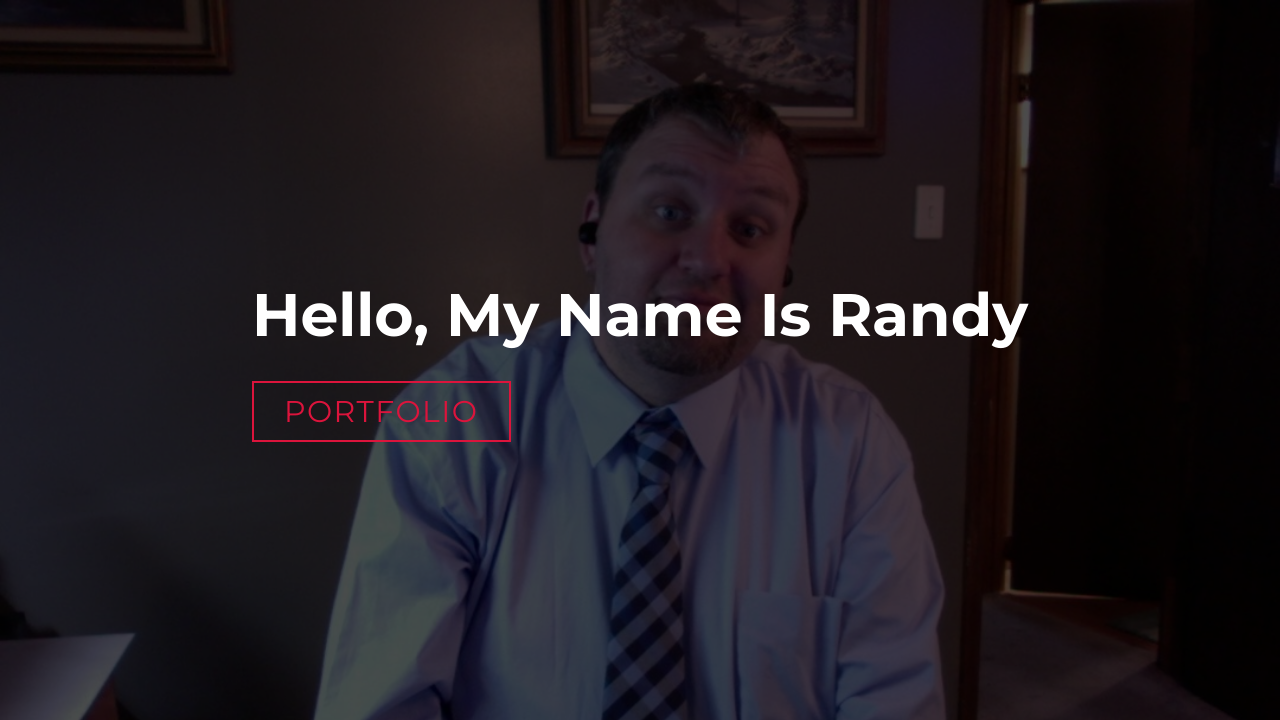
Repository: randysteele/my-portfolio-2023
Page: index.html
These files come from the project's save history. The page is drawn as it stood at one moment and after the next save; the edit follows.
The browser window is 1280 px wide. The pictures show the whole page.
The pointer rests on the first visible `#hero .cta`.

Above is the page before, as saved 2023-04-22 14:18:50.

### index.html
<!DOCTYPE html>
<html lang="en">
<head>
    <meta charset="UTF-8">
    <meta http-equiv="X-UA-Compatible" content="IE=edge">
    <meta name="viewport" content="width=device-width, initial-scale=1.0">
    <link rel="stylesheet" href="style.css">
    <title>Randy Steele Portfolio</title>
</head>
<body>
    <!-- Hero Section -->
    <section id="hero">
        <div class="hero container">
            <div>
            <h1>Hello, My Name Is Randy</h1>
            <a href="#" type="button" class="cta">Portfolio</a>
        </div>
    </div>
    </section>


    <!-- End Hero Section -->
</body>
</html>

### style.css
@import url('https://fonts.googleapis.com/css2?family=Montserrat:wght@300;400;700&display=swap');
* {
    padding: 0;
    margin: 0;
    box-sizing: border-box;
}
html {
    font-size: 15px;
    font-family: "Montserrat", "sans-serif";
}
a {
    text-decoration: none;
}
.container {
    min-height: 100vh;
    width: 100%;
    display: flex;
    align-items: center;
    justify-content: center;
}
/* Hero Section */
#hero {
    background-image: url(./img/me1.jpeg);
    background-size: cover;
    background-position: top center;
    position: relative;
    z-index: 1;
}
#hero::after{
    content: '';
    position: absolute;
    left: 0;
    top: 0;
    height: 100%;
    width: 100%;
    background-color: black;
    opacity: 0.7;
    z-index: -1;
}
#hero h1{
    display: block;
    width: fit-content;
    font-size: 4rem;
    position: relative;
    color: white;
}
#hero .cta {
  display: inline-block;
  padding: 10px 30px;
  color: crimson;
  background-color: transparent;
  border: 2px solid crimson;
  font-size: 2rem;
  text-transform: uppercase;
  letter-spacing: .1rem;
  margin-top: 30px;
  transition: .3s ease background-color;

}
/* End Hero Section */

After the next save:
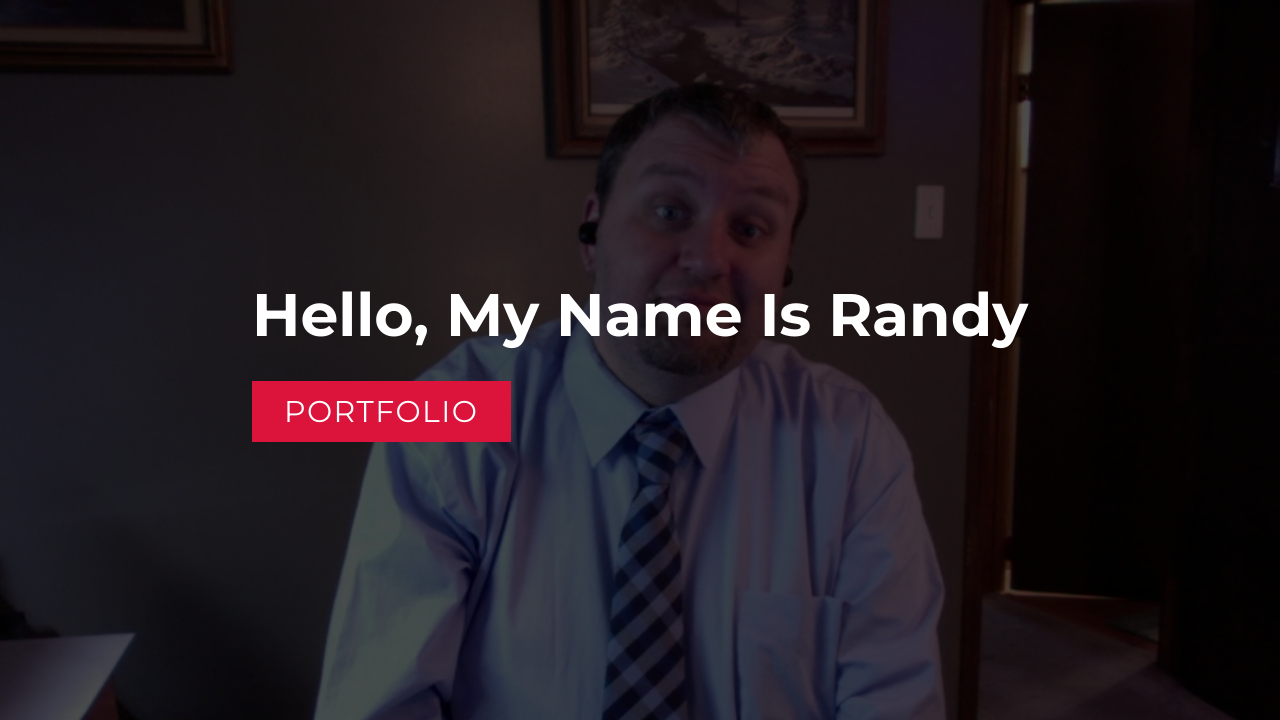
Saved 7 min 11 s later.
--- a/style.css
+++ b/style.css
@@ -55,6 +55,9 @@
   letter-spacing: .1rem;
   margin-top: 30px;
   transition: .3s ease background-color;
-
+}
+#hero .cta:hover{
+    color: white;
+    background-color: crimson;
 }
 /* End Hero Section */
